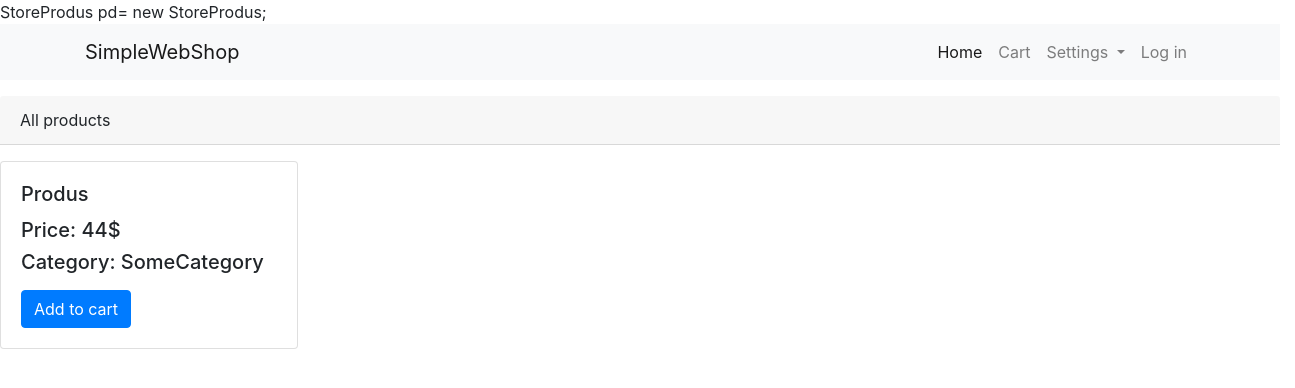
Repository: ClaudiuStoian1229/SimpleWebShop
Page: http://localhost/Simple_shop/
These files come from the project's save history. The page is drawn as it stood at one moment and after the next save; the edit follows.
The browser window is 1280 px wide. The page is 1295 px wide, so the pictures cover 1295 px, including what lies to the right of the window. The pictures show the whole page.
Some web libraries are served in a nearby version. The page is served by Tomcat 9.

Above is the page before, as saved 2022-03-04 02:04:04.

After the next save:
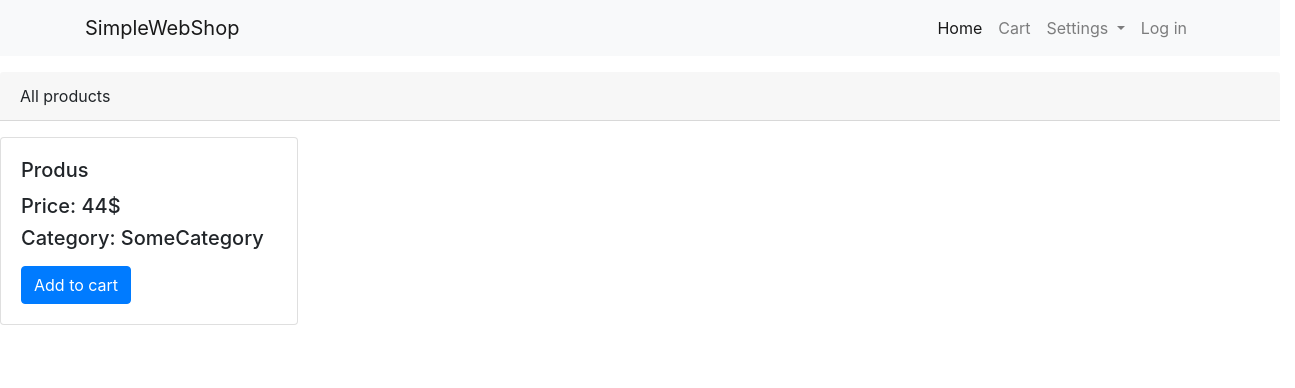
Saved 95 s later.
--- a/Simple_shop/src/main/webapp/index.jsp
+++ b/Simple_shop/src/main/webapp/index.jsp
@@ -3,7 +3,7 @@
 <%@ page import="sws.model.*" %>
 
 
-    StoreProdus pd= new StoreProdus;
+
 
 <!DOCTYPE html>
 <html>
